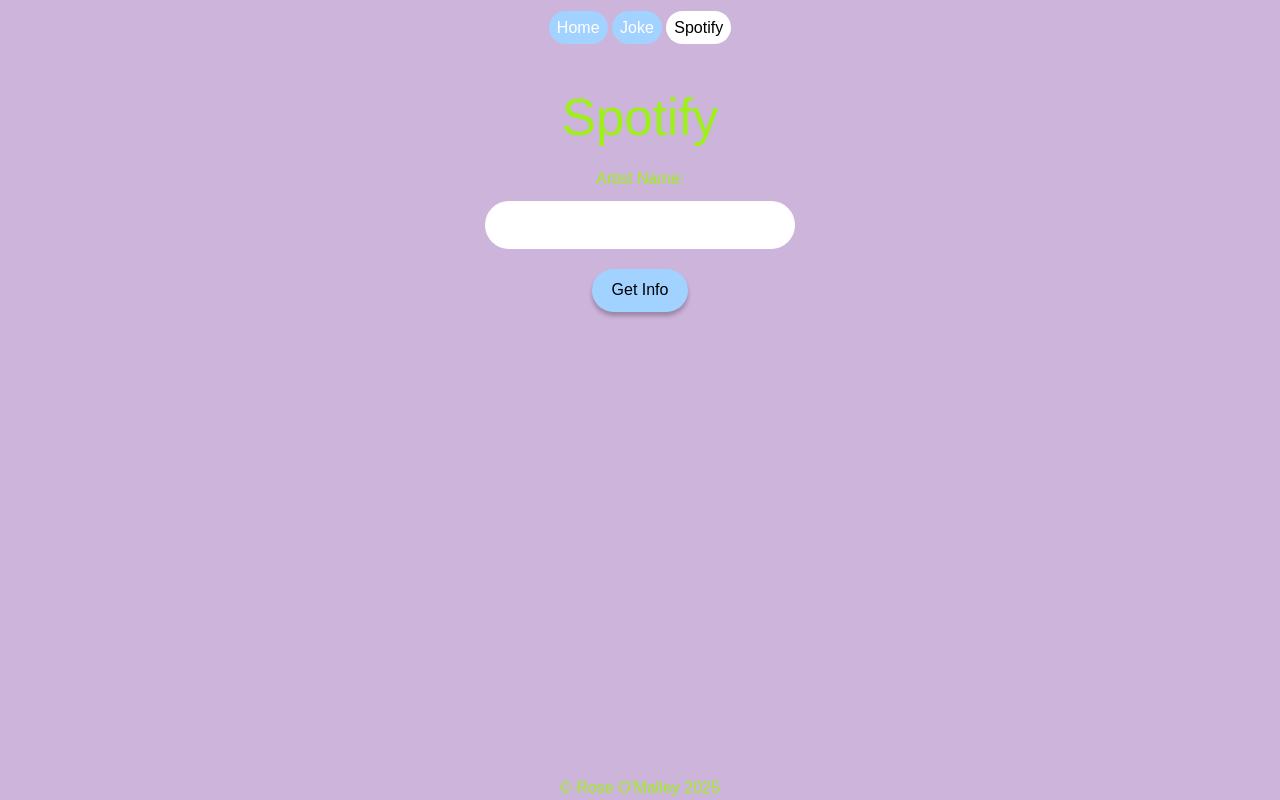
Repository: rosieomusic/spotify-react
Page: /#/spotify
The author's editor kept a copy of each file at every save. The page is drawn from the files as they stood at one save, then again after the next save.
The browser window is 1280 px wide. The pictures show the whole page.
The page's requests for data from a server got no answer. Some web fonts or font styles are not loaded; a fallback is used. The project was rebuilt for these pictures with package versions that can differ from the ones it lists, and the page was loaded fresh each time. No one was signed in, and anything a server would have sent is missing. Settings that the repository does not hold, such as keys and server addresses, were given made-up values. Also part of the build but not shown: vite.config.js, src/pages/HomePage.jsx, src/components/AlbumComponent.jsx, src/services/JokeService.js, src/pages/JokePage.jsx.

Above is the page before, as saved 2025-05-22 15:00:38.

After the next save:
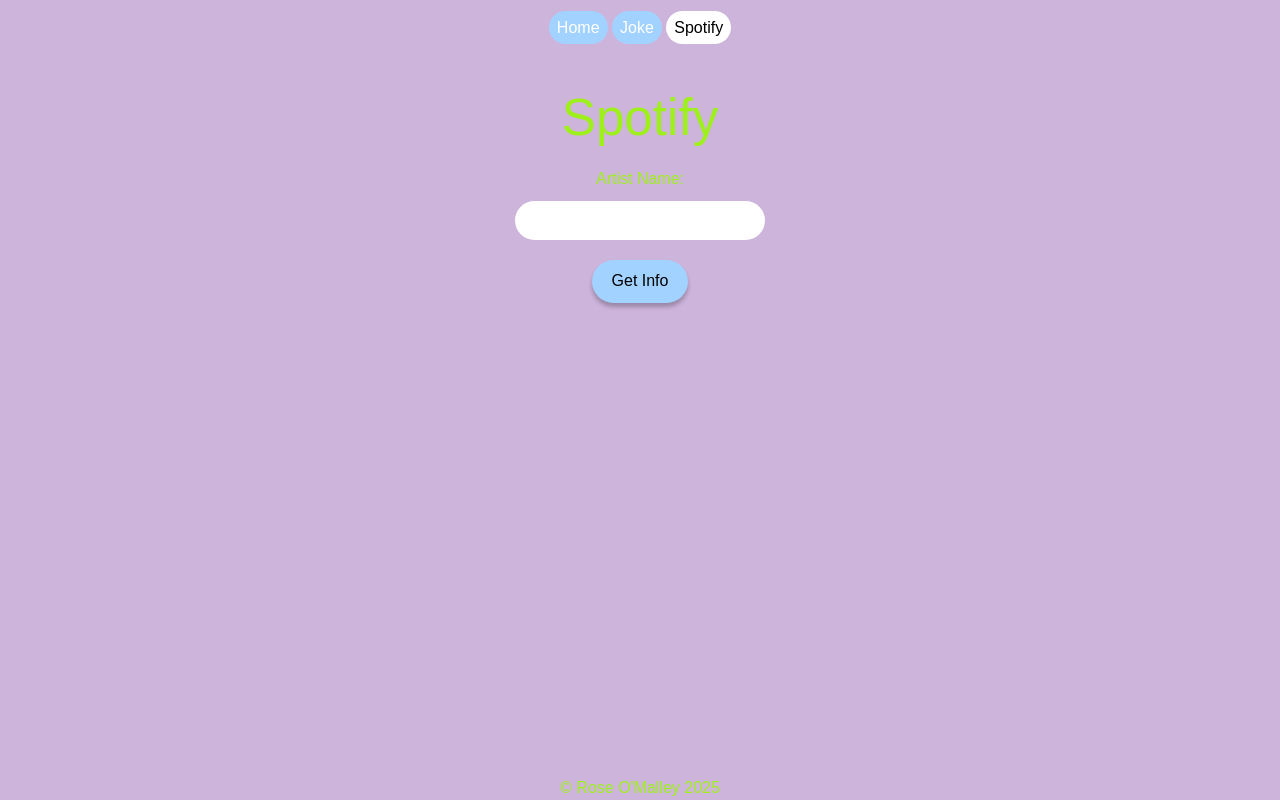
Saved 9 s later.
--- a/src/App.css
+++ b/src/App.css
@@ -153,7 +153,7 @@ input {
 	padding: 0.5em;
 	border-radius: 30px;
 	font-family: 'Jersey 10', sans-serif;
-	font-size: 22px;
+	font-size: 18px;
 	font-weight: 100;
 }
 input:focus {
